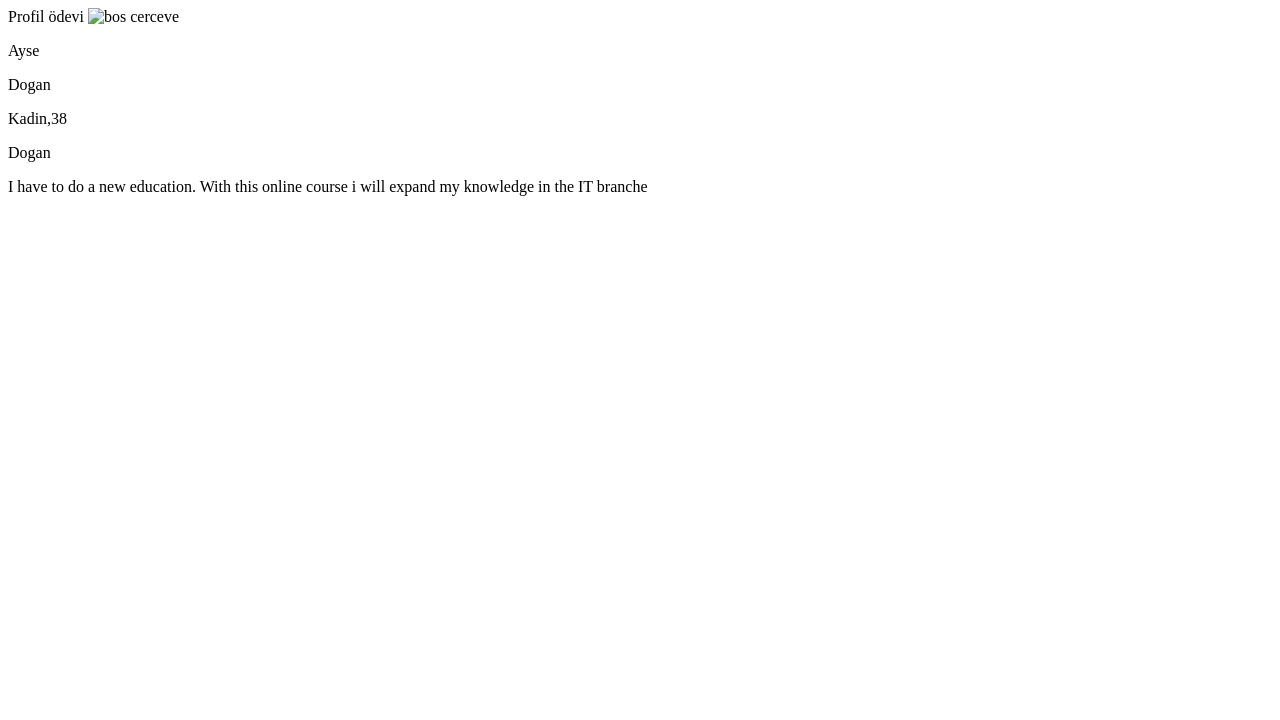
Repository: aysedo/html
Page: Week_2/profile/index.html
The author's editor kept a copy of each file at every save. The page is drawn from the files as they stood at one save, then again after the next save.
The browser window is 1280 px wide. The pictures show the whole page.

Above is the page before, as saved 2021-08-25 22:34:54.
Not found: Week_2/profile/örnek schema.png

### Week_2/profile/index.html
<!DOCTYPE html>
<html lang="en">
  <head>
    <meta charset="UTF-8" />
    <meta http-equiv="X-UA-Compatible" content="IE=edge" />
    <meta name="viewport" content="width=device-width, initial-scale=1.0" />
    <title>Document</title>
  </head>
  <body>
    <titel>Profil ödevi</titel>
    <img src="./örnek schema.png" alt="bos cerceve">
          <p> Ayse </p>
          <p> Dogan </p>
          <p> Kadin,38 </p>
          <p> Dogan </p>

          <p>I have to do a new education. With this online course i will expand my knowledge in the IT branche</p>

          <address> </address>
        </tr>
      </table>

  </body>
</html>

After the next save:
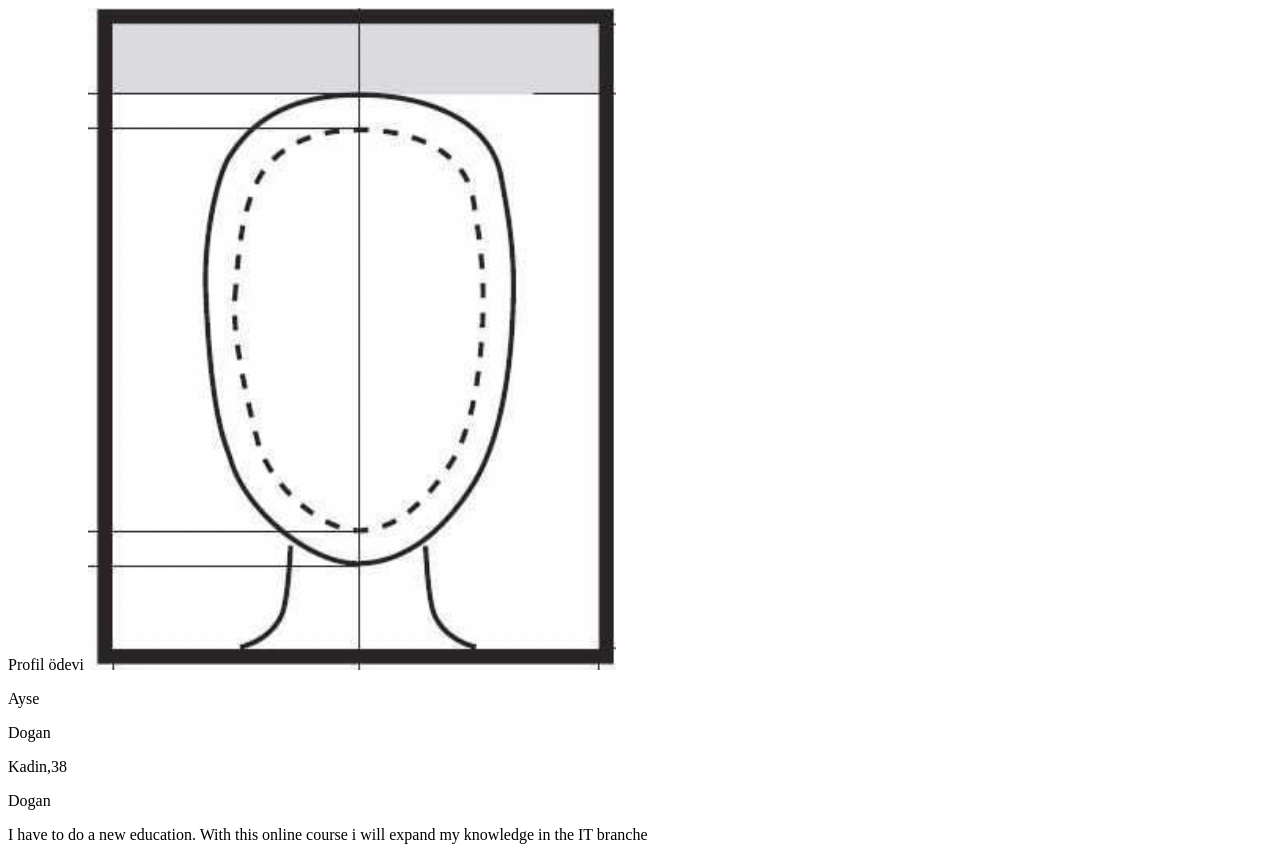
Saved 36 s later.
--- a/Week_2/profile/index.html
+++ b/Week_2/profile/index.html
@@ -8,7 +8,7 @@
   </head>
   <body>
     <titel>Profil ödevi</titel>
-    <img src="./örnek schema.png" alt="bos cerceve">
+    <img src="./ornek.png" alt="bos cerceve">
           <p> Ayse </p>
           <p> Dogan </p>
           <p> Kadin,38 </p>
